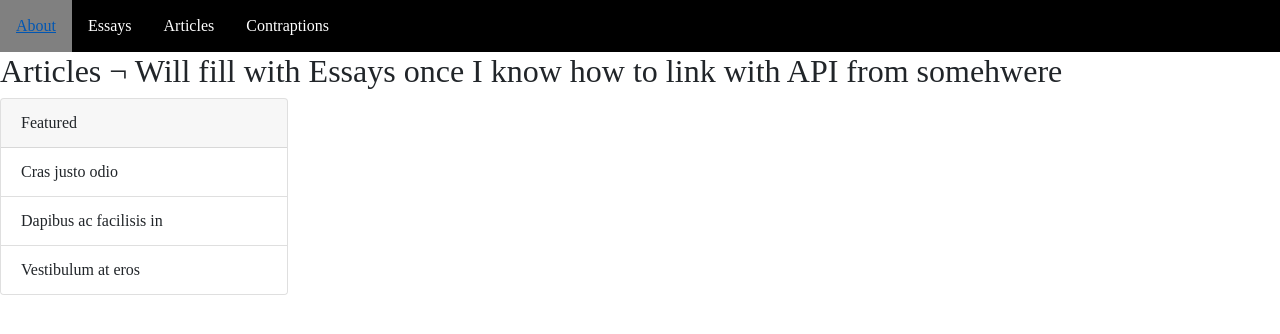
Repository: jpl0pes/cs50problems
Page: pset8/homepage/articles.html
The author's editor kept a record of every edit. The page is drawn from the files as they stood at one moment, then again after the next edit.
The browser window is 1280 px wide. The pictures show the whole page.

Above is the page before.

After the next edit:
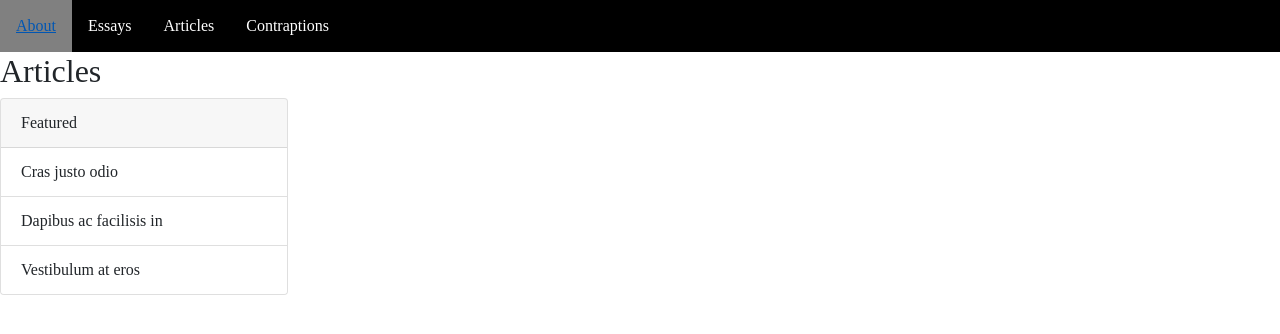
The edit:
--- a/pset8/homepage/articles.html
+++ b/pset8/homepage/articles.html
@@ -18,7 +18,7 @@
             </ul>
         </div>
         <div>
-            <h2>Articles ¬ Will fill with Essays once I know how to link with API from somehwere</h2>
+            <h2>Articles</h2>
             <div class="card" style="width: 18rem;">
               <div class="card-header">
                 Featured
